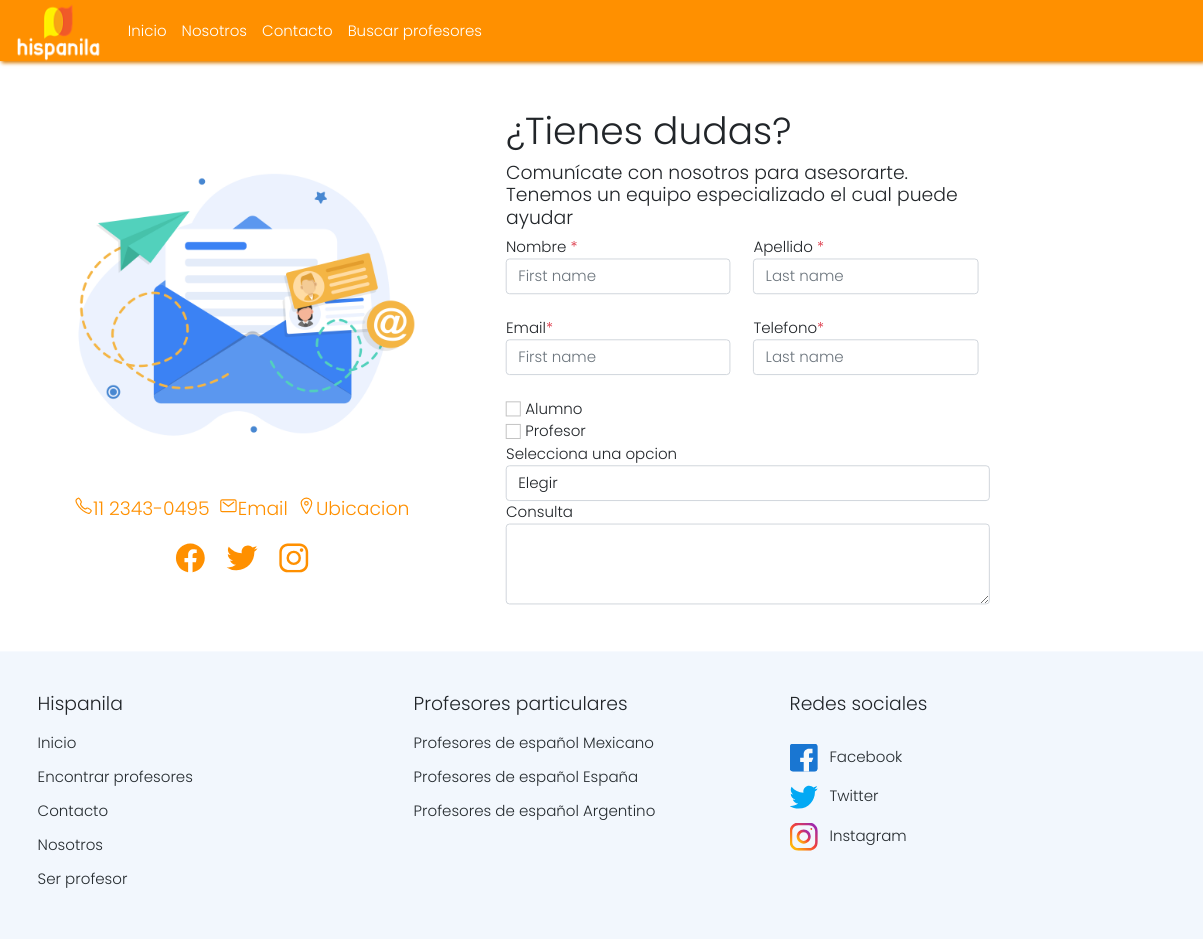
Repository: AgustinGarciaDev/Hispanila
Page: contact.html
The author's editor kept a copy of each file at every save. The page is drawn from the files as they stood at one save, then again after the next save.
The browser window is 1280 px wide. The pictures show the whole page, at 94% of full size.
Some web libraries are served in a nearby version. The style sheet was rebuilt from its Sass, Less or Tailwind sources for each picture, by a compiler version that may differ from the author's.

Above is the page before, as saved 2021-01-28 23:34:22.

### contact.html
<!DOCTYPE html>
<html lang="en">

<head>

    <head>
        <meta charset="UTF-8">
        <title>Contacto</title>
        <meta name="viewport" content="width=device-width, user-scalable=no">
        <meta name="description" content="¿Tenes dudas? Comunícate con nosotros para asesorarte. Tenemos un equipo especializado el cual puede ayudar ">
        <meta name="keywords" content="Hispanila, contacto, ayuda, equipo , asesoramiento">
        <link rel="stylesheet" href="https://cdnjs.cloudflare.com/ajax/libs/animate.css/4.1.1/animate.min.css" />
        <link rel="preconnect" href="https://fonts.gstatic.com">
        <link rel="preconnect" href="https://fonts.gstatic.com">
        <link href="https://fonts.googleapis.com/css2?family=Poppins:ital,wght@0,200;0,300;0,800;0,900;1,200;1,500&display=swap" rel="stylesheet">
        <link href="https://fonts.googleapis.com/css2?family=Archivo:ital@0;1&display=swap" rel="stylesheet">
        <link href="https://cdn.jsdelivr.net/npm/bootstrap@5.0.0-beta1/dist/css/bootstrap.min.css" rel="stylesheet" integrity="sha384-giJF6kkoqNQ00vy+HMDP7azOuL0xtbfIcaT9wjKHr8RbDVddVHyTfAAsrekwKmP1" crossorigin="anonymous">
        <link rel="stylesheet" href="./css/style.css">

    </head>
</head>

<body>
    <header>
        <nav class="navbar navbar-expand-lg navbar-light bg-light nav-color">
            <div class="container-fluid">
                <a class="navbar-brand" href="./index.html"><img class="logo" src="./img/Hispanila_opt.png" alt=""></a>
                <button class="navbar-toggler" type="button" data-bs-toggle="collapse" data-bs-target="#navbarSupportedContent" aria-controls="navbarSupportedContent" aria-expanded="false" aria-label="Toggle navigation">
            <span class="navbar-toggler-icon"></span>
          </button>
                <div class="collapse navbar-collapse" id="navbarSupportedContent">
                    <ul class="navbar-nav me-auto mb-2 mb-lg-0">
                        <li class="nav-item">
                            <a class="nav-link active" aria-current="page" href="./index.html">Inicio</a>
                        </li>
                        <li class="nav-item">
                            <a class="nav-link" href="./we.html">Nosotros</a>
                        </li>
                        <li class="nav-item">
                            <a class="nav-link" href="./contact.html">Contacto</a>
                        </li>
                        <li class="nav-item">
                            <a class="nav-link" href="./searchteacer.html">Buscar profesores</a>
                        </li>
                    </ul>
                </div>
            </div>
        </nav>
    </header>

    <section class="contact__body">
        <div class="row">
            <div class="col-xl-5 col-lg12">
                <img class="email_img" src="./img/email.jpg" alt="">
                <div class="icons__list">
                    <a href="" class="icons__list_a">
                        <ion-icon name="call-outline"></ion-icon>11 2343-0495</a>
                    <a href="" class="icons__list_a">
                        <ion-icon name="mail-outline"></ion-icon>Email</a>
                    <a href="" class="icons__list_a">
                        <ion-icon name="location-outline"></ion-icon>Ubicacion</a>
                </div>
                <div class="icons__list__redsocial">
                    <a href="">
                        <ion-icon class="icons__list_logo_Redes" name="logo-facebook"></ion-icon>
                    </a>
                    <a href="">
                        <ion-icon class="icons__list_logo_Redes" name="logo-twitter"></ion-icon>
                    </a>
                    <a href="">
                        <ion-icon class="icons__list_logo_Redes" name="logo-instagram"></ion-icon>
                    </a>
                </div>
            </div>
            <div class="col-xl-5 col-lg12 ">
                <div class="text-contact">
                    <h1 class="text-contact__h1">¿Tienes dudas? </h1>
                    <h2 class="text-contact__h2">Comunícate con nosotros para asesorarte. Tenemos un equipo especializado el cual puede ayudar</h2>
                    <form>
                        <div class="row ">
                            <div class="col-6 mb-4 ">
                                <label class="font-weight-bold ">Nombre <span class="text-danger ">*</span></label>
                                <input type="text " class="form-control " placeholder="First name ">
                            </div>
                            <div class="col-6 mb-4 ">
                                <label class="font-weight-bold ">Apellido <span class="text-danger ">*</span></label>
                                <input type="text " class="form-control " placeholder="Last name ">
                            </div>

                            <div class="col-6 mb-4 ">
                                <label class="font-weight-bold ">Email<span class="text-danger ">*</span></label>
                                <input type="email " class="form-control " placeholder="First name ">
                            </div>
                            <div class="col-6 mb-4 ">
                                <label class="font-weight-bold ">Telefono<span class="text-danger ">*</span></label>
                                <input type="number " class="form-control " placeholder="Last name ">
                            </div>

                            <div class="col-6">
                                <input class="form-check-input " type="checkbox " id="gridCheck ">
                                <label class="form-check-label " for="gridCheck "> Alumno </label></div>
                        </div>
                        <div class="col-6">
                            <input class="form-check-input " type="checkbox " id="gridCheck ">
                            <label class="form-check-label " for="gridCheck "> Profesor</label></div>
                        <div class="col-12">
                            <label for="inputState ">Selecciona una opcion</label>
                            <select id="inputState " class="form-control ">
                               <option selected>Elegir</option>
                               <option>Problema con un profesor</option>
                               <option>Necesito soporte tecnico</option>
                               <option>Otra</option>
                            </select>
                        </div>
                        <div class="col-12 ">
                            <label for="exampleFormControlTextarea1 ">Consulta</label>
                            <textarea class="form-control " id="exampleFormControlTextarea1 " rows="3 "></textarea>
                        </div>
                    </form>
                </div>
            </div>
        </div>
        </div>
    </section>
    <footer class="footer">
        <div class="list__footer ">
            <p class="list__footer__p-modifier ">Hispanila</p>
            <li class="list__footer__li-modifier "> <a class="list__footer__a-modifier " href="/index.html ">Inicio</a></li>
            <li class="list__footer__li-modifier "> <a class="list__footer__a-modifier " href="/searchteacer.html ">Encontrar profesores</a></li>
            <li class="list__footer__li-modifier "><a class="list__footer__a-modifier " href="/contacte.html ">Contacto</a></li>
            <li class="list__footer__li-modifier "><a class="list__footer__a-modifier " href="/we.html ">Nosotros</a></li>
            <li class="list__footer__li-modifier "><a class="list__footer__a-modifier " href="/we.html ">Ser profesor</a></li>
        </div>
        <div class="list__footer ">
            <p class="list__footer__p-modifier ">Profesores particulares</p>
            <li class="list__footer__li-modifier "> <a class="list__footer__a-modifier " href=" https://www.facebook.com/ "> Profesores de español Mexicano</a></li>
            <li class="list__footer__li-modifier "><a class="list__footer__a-modifier " href="https://twitter.com/home "> Profesores de español España</a></li>
            <li class="list__footer__li-modifier "><a class="list__footer__a-modifier " href="https://www.instagram.com/ "> Profesores de español Argentino</a></li>
        </div>

        <div class="list__footer ">
            <p class="list__footer__p-modifier "> Redes sociales</p>
            <li class="list__footer__li-modifier "></li><img class="list__footer__img-modifier " src="./img/facebook.svg " alt=" "> <a class="list__footer__a-modifier " href="https://www.facebook.com/ ">Facebook</a></li>
            <li class="list__footer__li-modifier "></li><img class="list__footer__img-modifier " src="./img/gorjeo.svg " alt=" "> <a class="list__footer__a-modifier " href="https://twitter.com/home ">Twitter</a></li>
            <li class="list__footer__li-modifier "></li><img class="list__footer__img-modifier " src="./img/instagram.svg " alt=" "> <a class="list__footer__a-modifier " href="https://www.instagram.com/ ">Instagram</a></li>
        </div>
    </footer>
    <script src="https://unpkg.com/ionicons@5.2.3/dist/ionicons.js "></script>
    <script src="https://cdn.jsdelivr.net/npm/bootstrap@5.0.0-beta1/dist/js/bootstrap.bundle.min.js " integrity="sha384-ygbV9kiqUc6oa4msXn9868pTtWMgiQaeYH7/t7LECLbyPA2x65Kgf80OJFdroafW " crossorigin="anonymous "></script>
</body>

</html>

### scss/style.scss
@import"variables";
@import "header";
@import "footer";
@import "body";
@import "home";
@import "contac";
@import "profile";
@import "aboutUs";

### scss/_variables.scss
/* TIPOGRAFIAS */

$font-body: 'Poppins',
sans-serif;

/* SIZE TIPOGRAFIAS */

$nameteacher: 16px;
$titulocontacto: 20px;

/* ICONOS COLOR */

$color-start-icon: #FEC400;
$color-social:gray;

/*Color background*/

$color-box: linear-gradient(145deg, #d8e8f2, #b6c3cb);

/*Padding*/

$padding-currilum: 40px;

### scss/_header.scss
header {
    position: sticky;
    top: 0;
    z-index: 5;
}

### scss/_footer.scss
.footer {
    background-color: #F2F7FD;
    display: grid;
    grid-template-columns: repeat(3, 1fr);
    padding: 40px;
}

.list__footer__p-modifier {
    font-size: 20px;
}

.list__footer__li-modifier {
    list-style: none;
    align-items: center;
    display: flex;
    margin-bottom: 12px;
}

.list__footer__a-modifier {
    text-decoration: none;
    color: #252b2f;
}

.list-footer a:hover {
    text-decoration: underline;
}

.list__footer__img-modifier {
    width: 30px;
    height: 30px;
    margin-right: 8px;
}

@media (max-width: 768px) {
    .footer {
        display: flex;
        flex-wrap: wrap;
    }
    .list__footer {
        padding-left: 10px;
        padding-right: 10px;
        justify-content: center;
    }
}

@media (max-width: 520px) {}

### scss/_body.scss
body {
    margin: 0;
    font-family: $font-body;
}

### scss/_home.scss
.nav-color {
    background-color: #ff9000 !important;
    height: 65px;
    box-shadow: 2px 2px 4px #d97a00, -5px -5px 4px #ffa600;
}

.nav-link {
    color: white !important;
}

.hero {
    display: grid;
    grid-template-columns: 2fr 2fr;
    height: 600px;
    background-image: url(http://baravdg.com/wp-content/uploads/2021/01/hero-background.png);
    background-position: center;
    background-repeat: no-repeat;
    background-size: cover;
}

.hero .box {
    display: flex;
    flex-direction: column;
    margin: auto;
    padding-left: 30px;
}

.hero__title_h1 {
    color: white;
    font-weight: 700;
    font-size: 50px;
}

.hero__title_p {
    color: white;
    font-size: 30px;
    font-size: 400;
}

.hero__bottom {
    width: 200px;
    color: white;
    padding: 10px;
    text-align: center;
    text-decoration: none;
    font-size: 'Poppins', sans-serif;
    font-weight: 800;
    border-radius: 8px;
    background: linear-gradient(145deg, #ffd529, #d8b322);
}


/* EMPIEZA LAS CARD DE LAS BANDERAS */

.Tittle_h2 {
    text-align: center;
    padding: 30px;
    font-size: 40px;
    font-weight: 800;
}

.block-band {
    display: grid;
    grid-template-columns: repeat(3, 1fr);
    grid-column-gap: 30px;
    grid-row-gap: 30px;
    justify-items: center;
}

.link {
    color: inherit;
    text-decoration: inherit;
}

.card-band {
    border-radius: 24px;
    border-radius: 24px;
    background: #ecf1f4;
    box-shadow: 22px 22px 18px #dee3e5, -22px -22px 18px #faffff;
    width: 400px;
    height: 372px;
}

.content-band {
    display: flex;
    padding-left: 40px;
    padding-bottom: 10px;
}

.info-card {
    padding-top: 9px;
    padding-left: 10px;
}

.info-card h4 {
    margin: 0;
}

.info-card p {
    margin: 0;
    margin-left: 6;
}

.card-band .teacher-photo {
    width: 400px;
    height: 300px;
}

.card-band .band {
    height: 50px;
    width: 50px;
}

.card-prof {
    margin: 40px;
    padding: 40px;
}

.table-proyect {
    padding: 40px;
}


/* Card study*/

.margin {
    margin: 20px;
}

.card__study__resson {
    width: 300px;
    height: 572px;
}

.card__study__img {
    height: 400px;
    width: 200px;
    display: flex;
    margin: auto;
}

.card__study_text {
    text-align: center;
}

.card__study__btn {
    width: 200px;
    color: white;
    padding: 10px;
    justify-content: center;
    text-decoration: none;
    font-size: 'Poppins', sans-serif;
    font-weight: 800;
    border-radius: 8px;
    background: linear-gradient(145deg, #ffd529, #d8b322);
    display: flex;
    margin: auto;
}

@media (max-width: 890px) {
    .block-band {
        grid-template-columns: repeat(2, 1fr);
    }
    .card-band .teacher-photo {
        width: 324px;
        height: 239px;
    }
    .card-band {
        width: 324px;
        height: 325px;
    }
    .logo {
        margin-top: -20px;
    }
}

@media (max-width: 520px) {
    .hero {
        height: 360px;
    }
    .block-band {
        grid-template-columns: none;
    }
    .card__study__resson {
        width: 300px;
        height: 572px;
    }
    .nav-color {
        height: 70px;
    }
    .logo {
        margin-top: -20px;
    }
    .hero__title_h1 {
        font-size: 31px;
    }
    .hero__title_p {
        font-size: 17px;
    }
    .Tittle_h2 {
        text-align: center;
        padding: 17px;
        font-size: 32px;
        font-weight: 800;
    }
}

### scss/_contac.scss
.contact__body {
    margin-top: 50px;
    margin-bottom: 50px;
}

.row {
    margin-right: 0;
}

.email_img {
    width: 100%;
}

.icons__list {
    display: flex;
    justify-content: center;
}

.icons__list_a {
    text-decoration: none;
    color: #ff9000;
    padding-bottom: 10px;
    padding-left: 5px;
    padding-right: 5px;
    font-size: 20px;
}

.icons__list__redsocial {
    display: flex;
    flex-direction: row;
    padding-top: 10px;
    justify-content: center;
}

.icons__list_logo_Redes {
    color: #ff9000;
    font-size: 35px;
    margin: 0 10px;
}

.text-contact__h2 {
    font-size: $titulocontacto;
}

@media (max-width: 520px) {
    .text-contact__h1 {
        text-align: center;
    }
    .text-contact__h2 {
        font-size: $titulocontacto -7;
        text-align: center;
    }
}

### scss/_profile.scss
    .layout {
        display: grid;
        grid-template-columns: 2fr 1fr;
        grid-template-rows: 1fr;
        grid-column-gap: 10px;
        grid-row-gap: 10px;
        padding: 20px;
    }

    .layout__infoteache__video-modifier {
        width: 100%;
        height: 500px;
    }

    .layout__profile {
        border-radius: 8px;
        background: #ffffff;
        box-shadow: 8px 8px 55px #d9d9d9, -8px -8px 55px #ffffff;
    }

    .layaout__datachecher__layout__img-modifier {
        width: 80px;
        height: 80px;
        border-radius: 50%;
        display: flex;
        margin: auto;
    }

    .layaout__datachecher__h1-modifier {
        font-size: 30px;
        font-weight: 600;
    }

    .layaout__datachecher__h2-modifier {
        font-size: 14px;
    }

    .scoreteacher {
        display: flex;
        flex-direction: row;
    }

    .scoreteacher__icon--modifier {
        color: $color-start-icon;
        margin-top: 28px;
        margin-bottom: 2px;
    }

    .scoreteacher__number--modifier {
        margin-top: 26px;
        margin-bottom: 2px;
        padding-left: 9px;
    }

    .layout__sepator {
        border: 1px solid #10101030;
        margin: 10px;
    }

    .card {
        margin-bottom: 15px;
        margin-top: 15px;
    }

    .card-body {
        display: flex;
    }

    .clases__titulo-Modifier {
        font-size: 25px;
        font-size: 500;
    }

    .curriculum {
        margin: 30px 0;
        border-radius: 8px;
        background: #ffffff;
        box-shadow: 8px 8px 55px #d9d9d9, -8px -8px 55px #ffffff;
        padding: $padding-currilum;
    }

    .lessons__box {
        padding: 40px;
        margin: 30px 0;
        border-radius: 8px;
        background: #ffffff;
        box-shadow: 8px 8px 55px #d9d9d9, -8px -8px 55px #ffffff;
    }

    .Comentary {
        margin-top: 20px;
        background: #ffffff;
        box-shadow: 8px 8px 55px #d9d9d9, -8px -8px 55px #ffffff;
        padding: 30px;
    }

    .personaldata {
        display: flex;
        flex-direction: row;
    }

    .Comentary__grid {
        margin-top: 40px;
        display: grid;
        grid-template-columns: 1fr 1fr;
        grid-template-rows: 1fr 1fr 1fr;
        grid-row-gap: 30px;
    }

    .Comentary__layout {
        width: 350px;
        height: 140px;
        padding: 10px;
        background: rgba( 255, 255, 255, 0.00);
        box-shadow: 0 8px 10px 0 rgba( 31, 38, 135, 0.37);
        border-radius: 10px;
    }

    .personaldata img {
        border-radius: 50%;
        width: 50px;
        height: 50px;
    }

    .Reserva {
        position: sticky;
        top: 100px;
        height: 350px;
        border-radius: 8px;
        background: #ffffff;
        box-shadow: 8px 8px 55px #d9d9d9, -8px -8px 55px #ffffff;
    }

    .Reserva__precios_layout {
        padding-bottom: 10px;
        padding-top: 10px;
    }

    .boton__ML {
        display: flex;
        justify-content: center;
    }

    .mercadopago-button {
        height: 40px;
        font-weight: 300px;
        font-family: $font-body;
        background-color: #00b1ff!important;
        width: 100%;
        border-radius: 1px;
        background: $color-box;
        box-shadow: 5px 5px 9px #b8c5ce, -5px -5px 9px #dcedf6;
    }

    .Reserva__divider {
        border: 1px solid gray;
    }

    .Reserva__contact {
        text-align: center;
        padding: 20px;
    }

    .Reserva__contact_boton {
        display: block;
        font-weight: 400;
        padding: 20px;
        text-decoration: none;
        color: white;
        background: #48af41!important;
        border-radius: 1px;
        border-radius: 1px;
        background: $color-box;
        box-shadow: 5px 5px 9px #b8c5ce, -5px -5px 9px #dcedf6;
    }
    /* Responsive */

    @media (max-width: 890px) {
        .layout {
            display: flex;
            flex-direction: column;
        }
        .Comentary__grid {
            display: flex;
            flex-wrap: wrap;
        }
        .Comentary__layout {
            width: 100%;
        }
        .Reserva {
            position: relative;
            top: 0;
            width: 100%;
            height: 350px;
        }
    }

    @media (max-width: 520px) {
        .layout__infoteache__video-modifier {
            height: 240px;
        }
        .layout__scoreteacher {
            margin-left: 132px;
        }
        .layout__dateacher_info {
            margin-left: -9px;
        }
        .Reserva__contact_boton {
            width: 200px;
            height: 70px;
            display: inline-block;
            padding: 10px;
        }
        .card-body {
            flex-direction: column;
            align-items: center;
        }
        .curriculum {
            padding: $padding-currilum -30;
        }
    }

### scss/_aboutUs.scss
    .About__tittle-h1 {
        text-align: center;
        padding: 20px 0;
        font-weight: 800;
    }

    .About__img {
        display: flex;
        justify-content: center;
        align-items: center;
    }

    .About__img--modifier {
        width: 900px;
        height: 600px;
    }

    .About__history {
        text-align: center;
        margin: 10px 500px;
    }

    .About_compromise_img {
        width: 400px;
        height: 300px;
    }

    .about__container {
        margin-top: 50px;
        margin-bottom: 50px;
    }

    .Value {
        margin-top: 40px;
    }

    @media (max-width: 890px) {
        .About__img--modifier {
            width: 100%;
            height: auto;
        }
        .About__history {
            margin: 10px 20px;
        }
    }

    @media (max-width: 570px) {
        .About_compromise_img {
            height: 300px;
        }
        .About_compromise__responsive {
            flex-direction: column-reverse;
            display: flex;
        }
        .Value {
            display: flex;
            align-items: center;
            justify-content: center;
        }
        .Value__box {
            display: flex;
            flex-direction: column;
            justify-content: center;
        }
    }

After the next save:
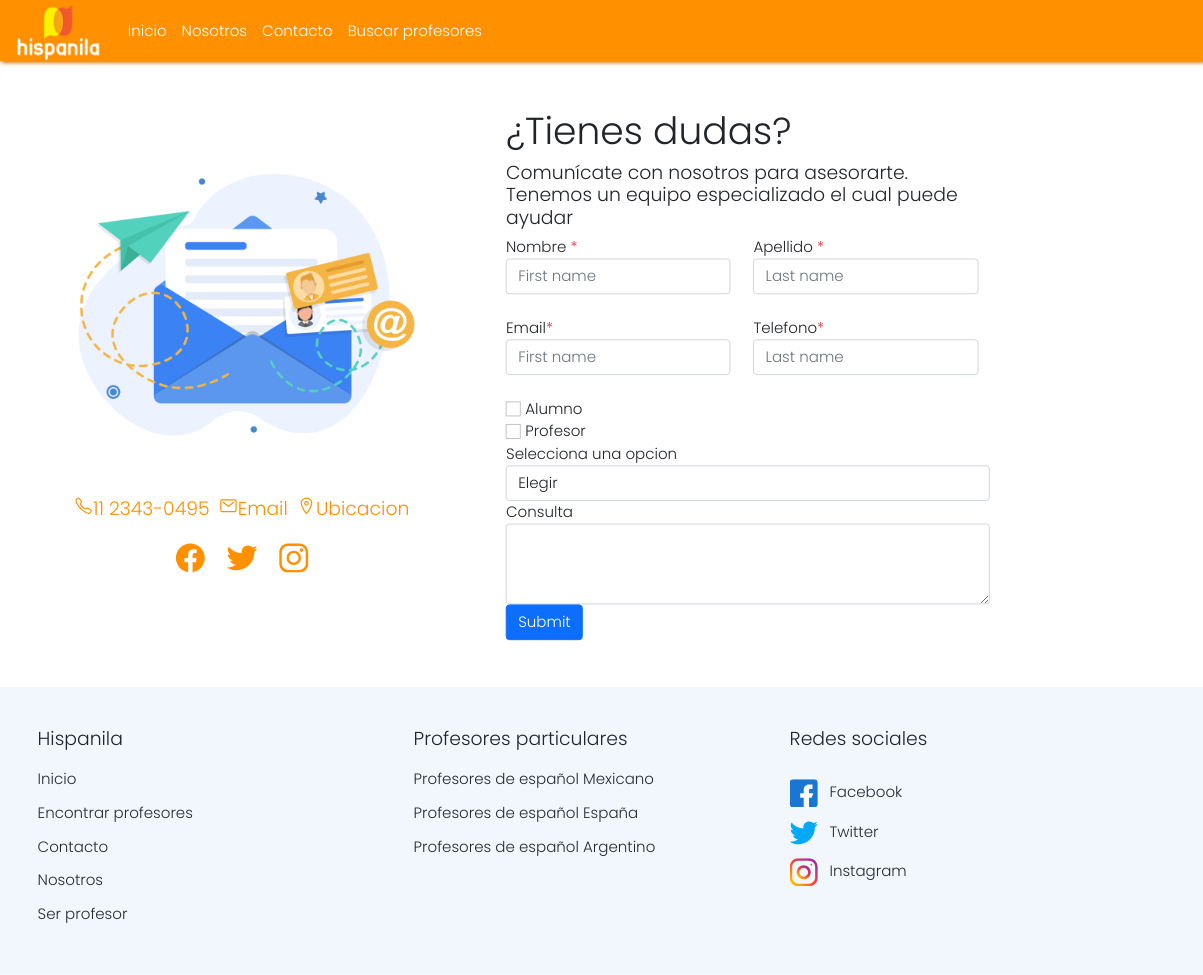
Saved 79 s later.
--- a/contact.html
+++ b/contact.html
@@ -116,6 +116,7 @@
                             <label for="exampleFormControlTextarea1 ">Consulta</label>
                             <textarea class="form-control " id="exampleFormControlTextarea1 " rows="3 "></textarea>
                         </div>
+                        <button type="submit" class="btn btn-primary">Submit</button>
                     </form>
                 </div>
             </div>
